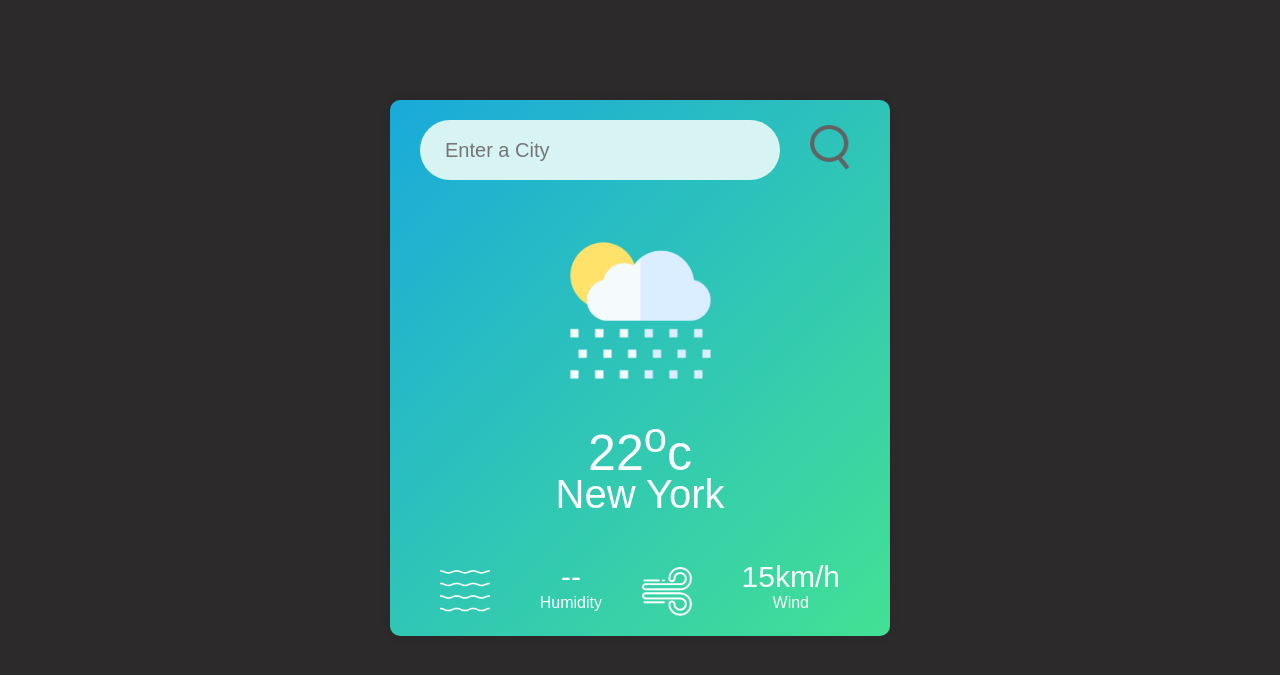
Repository: Haakim19/weatherApp
Page: index.html
An editor plug-in stored every save of this project. The page is shown before and after the next save, followed by the edit.
The browser window is 1280 px wide. The pictures show the whole page.
The page's requests for data from a server got no answer.

Above is the page before, as saved 2024-11-17 21:13:08.

### index.html
<!DOCTYPE html>
<html lang="en">
<head>
    <meta charset="UTF-8">
    <meta name="viewport" content="width=device-width, initial-scale=1.0">
    <title>Weather App</title>
    <link rel="stylesheet" href="style.css">
</head>
<body>
    <div class="card">
        <div class="search">
            <input type="text" placeholder="Enter a City" spellcheck="false">
            <button><img src="images/search.png"></button>
        </div>
        <div class="weather">
            <img src="images/rain.png" class="weather-icon">
            <h1 class="temp">22<sup>o</sup>c</h1>
            <h2 class="city">New York</h2>
        </div>
        <div class="details">
            <div class="col">
                <img src="images/humidity.png">
            </div>
            <div>
                <p class="humidity">--</p>
                <p>Humidity</p>
            </div>

            <div class="col">
                <img src="images/wind.png">
            </div>
            <div>
                <p class="wind">15km/h</p>
                <p>Wind</p>
            </div>
        </div>
    </div>
    <script src="app.js"></script>
</body>
</html>

### style.css
*{
    margin: 0;
    padding: 0;
    box-sizing: border-box;
    font-family: 'Poppins', sans-serif;
}

body{
    background: #2c2a2a;
}
.card{
    width: 90%;
    max-width: 500px;
    color: #fff;
    background:linear-gradient(135deg, #1aaada 0%, #43e094 100%);
    margin: 100px auto 0 ;
    border-radius: 10px;
    padding: 20px 30px;
    text-align: center;
    box-shadow: 0 0 10px rgba(0,0,0,0.1);
}
.search{
    width: 100%;
    display: flex;
    justify-content: space-between;
    align-items: center;
}
.search input{
    border:0;
    outline:0;
    background: #d8f4f2;
    padding: 10px 25px;
    border-radius: 40px;
    flex: 1;
    margin-right: 20px;
    font-size: 20px;
    height: 60px;
}
.search button{
    border:0;
    outline:0;
    background:none;
    /* padding: 10px 20px; */
    border-radius: 50%;
    font-size: 20px;
    cursor: pointer;
    height: 60px;
    width: 60px;
}
.search button img{
    width: 40px;
    height: 45px;

}
.weather-icon{
    width:200px;
    margin-top: 30px;
}
.weather h1{
    font-size: 50px;
    font-weight: 500;
}
.weather h2{
    font-size: 40px;
    font-weight: 500;
    margin-top: -10px;
}
.details {
    display: flex;
    align-items: center;
    justify-content: space-between;
    padding: 0 20px;
    margin-top: 50px;
}
.col{
    display: flex;
    align-items: center;
    text-align: left;
}

.col img {
    width: 50px;
    margin-right: 10px;
}
.humidity,.wind{
    font-size: 30px;
    margin-top: -10px;
}

### app.js
const apiKey = "8813d72c5c5f0697297beeef20a69199";
const apiUrl = "https://api.openweathermap.org/data/2.5/weather?units=metric&q=colombo";

const searchBox = document.querySelector(".search input");
const searchBtn = document.querySelector(".search button");

async function getWeatherData() {
    const response = await fetch(apiUrl +`&appid=${apiKey}`);
    var data = await response.json();
    console.log(data);
    document.querySelector(".city").innerText = data.name;
    document.querySelector(".temp").innerText = Math.round(data.main.temp) + "°C";
    document.querySelector(".humidity").innerText = data.main.humidity + "%";
    document.querySelector(".wind").innerText = data.wind.speed + " km/h";
}

// searchBtn.addEventListener("click", ()=>{
//     const city = searchBox.value;
//     getWeatherData(city);
//     searchBox.value = "";
// })
getWeatherData();

After the next save:
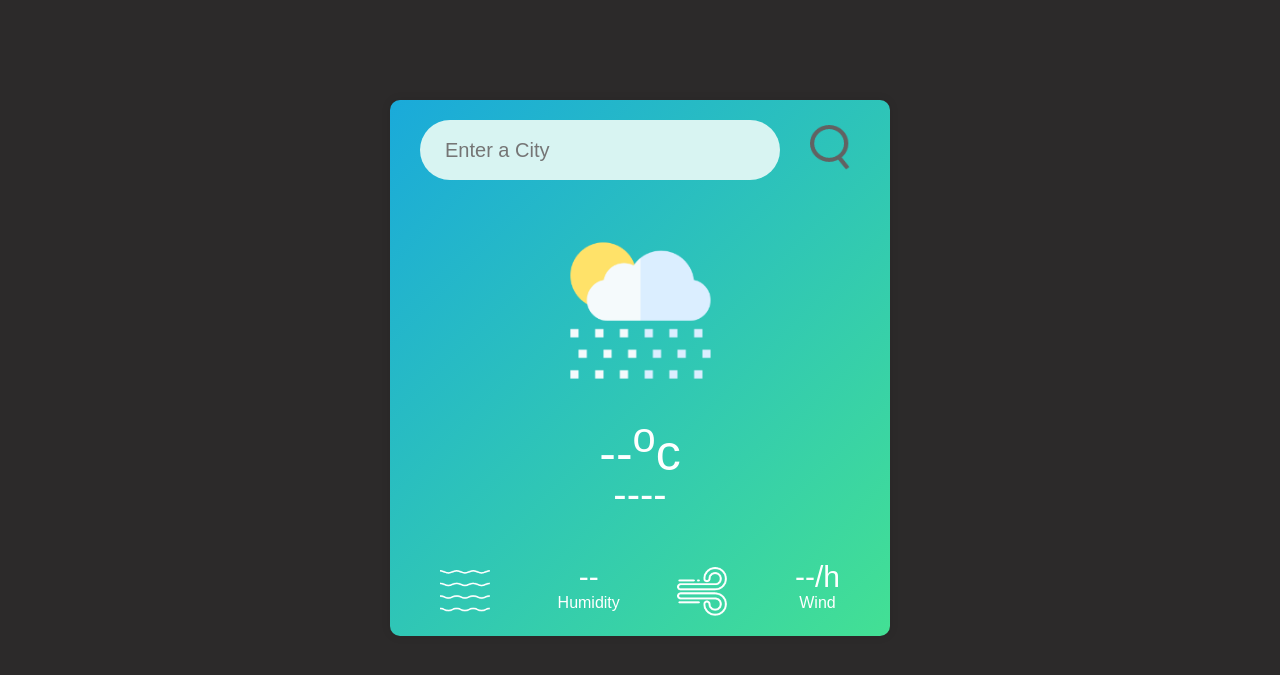
Saved 33 s later.
--- a/index.html
+++ b/index.html
@@ -14,8 +14,8 @@
         </div>
         <div class="weather">
             <img src="images/rain.png" class="weather-icon">
-            <h1 class="temp">22<sup>o</sup>c</h1>
-            <h2 class="city">New York</h2>
+            <h1 class="temp">--<sup>o</sup>c</h1>
+            <h2 class="city">----</h2>
         </div>
         <div class="details">
             <div class="col">
@@ -30,7 +30,7 @@
                 <img src="images/wind.png">
             </div>
             <div>
-                <p class="wind">15km/h</p>
+                <p class="wind">--/h</p>
                 <p>Wind</p>
             </div>
         </div>
